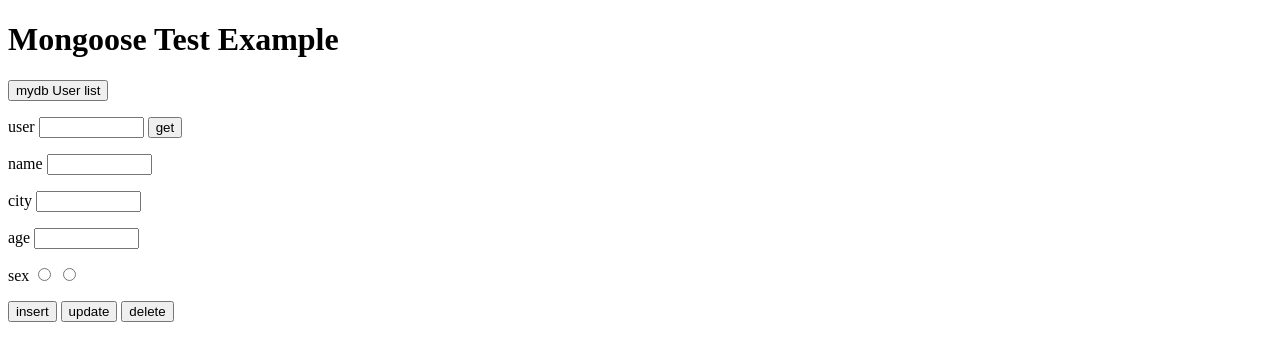
Repository: impelfin/anew
Page: http://localhost/
The author's editor kept a record of every edit. The page is drawn from the files as they stood at one moment, then again after the next edit.
The browser window is 1280 px wide. The pictures show the whole page.
The page is served by the project's Node server (node/mongos/app.js).

Above is the page before.

After the next edit:
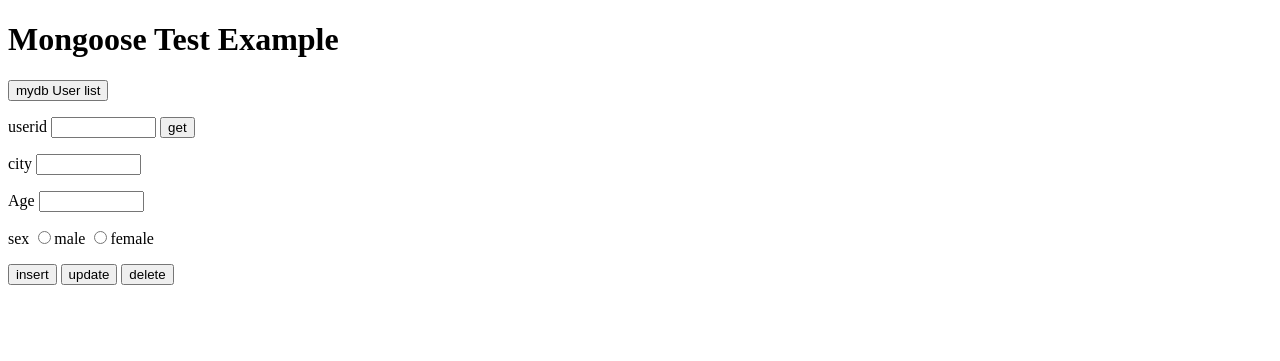
The edit:
--- a/node/mongos/views/index.html
+++ b/node/mongos/views/index.html
@@ -1,23 +1,27 @@
 <!DOCTYPE html>
 <html>
 <head>
-<meta charset="utf-8">
-<title>Moongoose Module</title>
+<meta charset="UTF-8">
+<title>Insert title here</title>
 </head>
 <body>
-    <h1>Mongoose Test Example</h1>
-    <form method='post' action=/insert name="mongoform">
-        <input type='button' value="mydb User list" onclick='location.href="/list"'><p>
-        user <input type='text' size='10' name='userid'>
-        <input type='button' value="get" onclick='location.href="/get?input="+document.mongoform.userid.value'><p>
-        name <input type='text' size='10' name='name'><p>
-        city <input type='text' size='10' name='name'><p>
-        age <input type='text' size='10' name='name'><p>
-        sex <input type='radio' name='sex' value='male'>
-            <input type='radio' name='sex' value='female'><p>
-        <input type='submit' value="insert" onclick='this.form.action="/insert"'>
-        <input type='submit' value="update" onclick='this.form.action="/update"'>
-        <input type='submit' value="delete" onclick='this.form.action="/delete"'>
-    </form>
+<h1> Mongoose Test Example</h1>
+<form method='post' action='/insert' name='mongoform' >
+      <input type='button' value='mydb User list'  onclick='location.href="/list"' >
+      <p>
+      userid <input type='text' size='10' name='userid'>
+      <input type='button' value='get' onclick='location.href="/get?input="+document.mongoform.userid.value'>
+      <p>
+      city <input type='text' size='10' name='city'>
+      <p>
+      Age <input type='text' size='10' name='age'>
+      <p>
+      sex <input type='radio' name='sex' value='male'>male
+      <input type='radio' name='sex' value='female'>female
+      <p>
+      <input type='submit' value='insert' onclick='this.form.action="/insert"' >
+      <input type='submit' value='update' onclick='this.form.action="/update"' >
+      <input type='submit' value='delete' onclick='this.form.action="/delete"' >
+</form>
 </body>
 </html>
